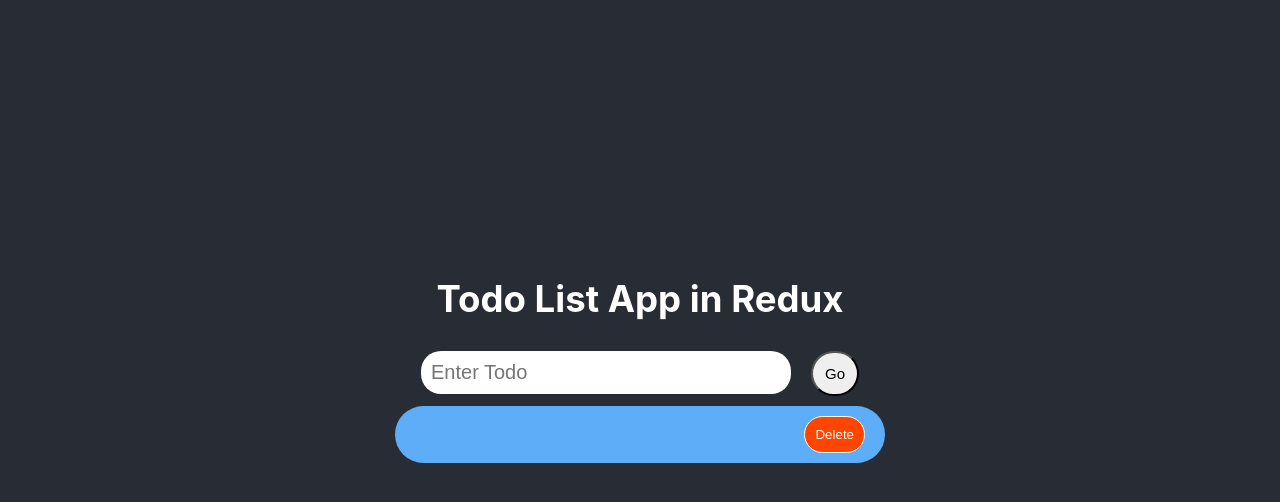
Repository: mahsa199170/React-Redux-Projects
Page: / (app in redux-todo-list/)
The author's editor kept a copy of each file at every save. The page is drawn from the files as they stood at one save, then again after the next save.
The browser window is 1280 px wide. The pictures show the whole page.
The project was rebuilt for these pictures with package versions that can differ from the ones it lists, and the page was loaded fresh each time. Also part of the build but not shown: redux-todo-list/src/components/Count.js.

Above is the page before, as saved 2024-10-25 10:31:14.

After the next save:
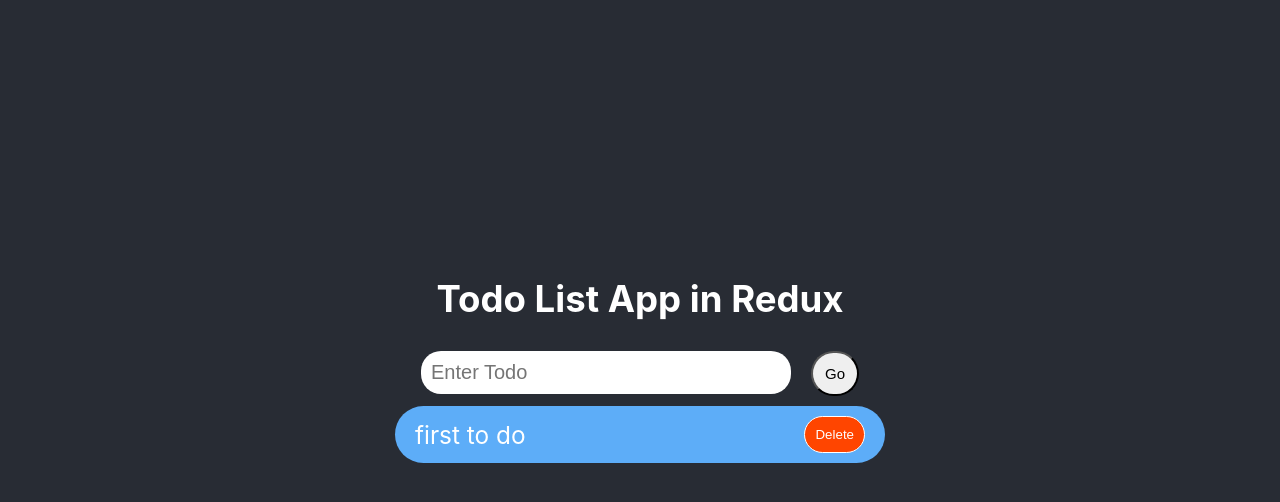
Saved 5 s later.
--- a/redux-todo-list/src/components/todo/Todo.js
+++ b/redux-todo-list/src/components/todo/Todo.js
@@ -31,7 +31,7 @@
 
       <ul className="allTodos">
         <li className="singleTodo">
-          <span className="todoText">{name}</span>
+          <span className="todoText">first to do</span>
           <button
             style={{
               padding: 10,
